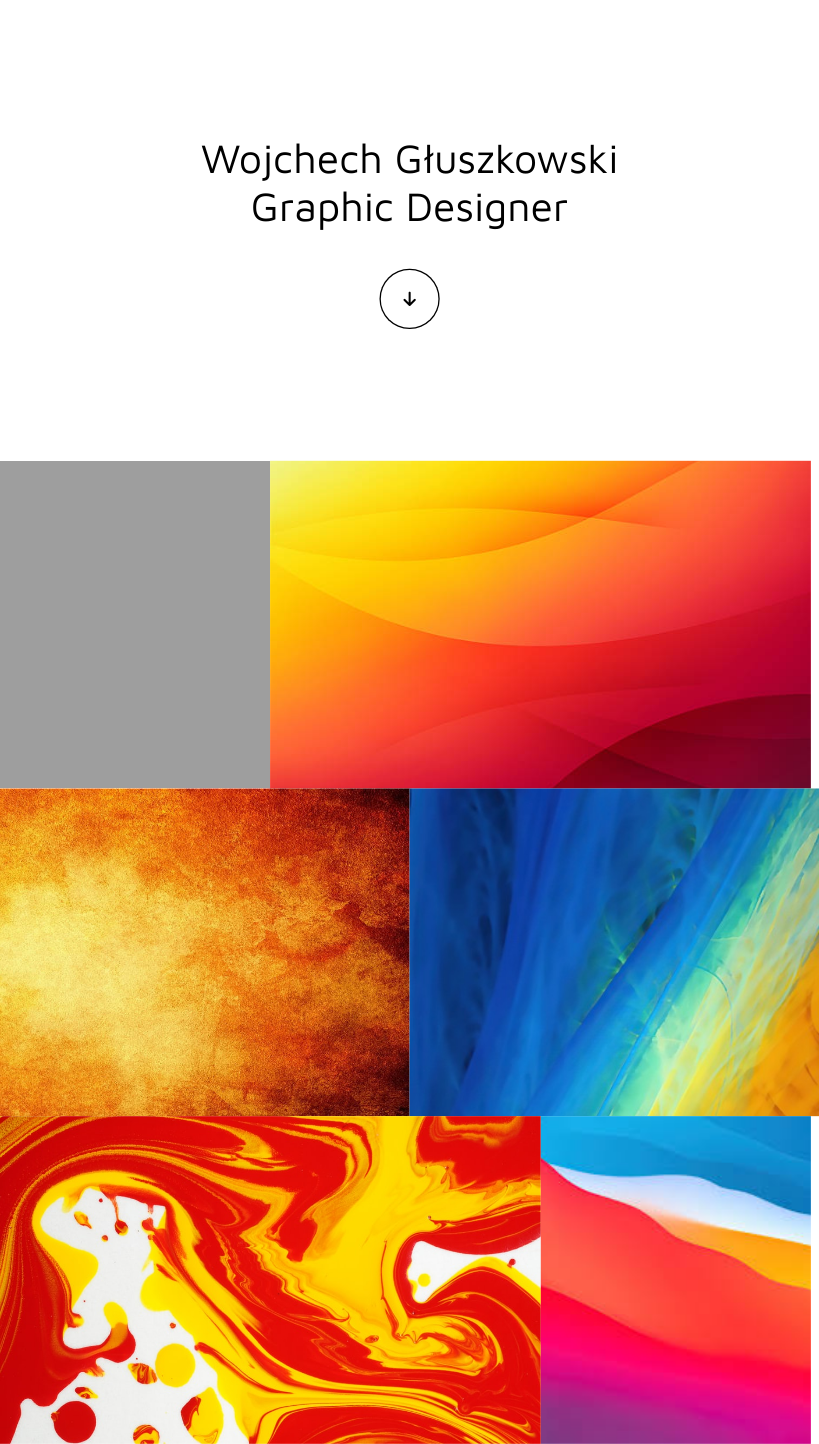
Repository: maciekto/WojciechGluszkowski-Porfolio
Page: /
These files come from the project's save history. The page is drawn as it stood at one moment and after the next save; the edit follows.
The browser window is 1280 px wide. The pictures show the whole page, at 64% of full size.
Pictures or frames that could not be fetched are drawn as grey boxes. Some web libraries are served in a nearby version. The project was rebuilt for these pictures with package versions that can differ from the ones it lists, and the page was loaded fresh each time.

Above is the page before, as saved 2022-06-07 14:59:01.

### public/index.html
<!DOCTYPE html>
<html lang="en">
  <head>
    <meta charset="utf-8" />
    <link rel="icon" href="%PUBLIC_URL%/favicon.ico" />
    <meta name="viewport" content="width=device-width, initial-scale=1" />
    <meta name="theme-color" content="#000000" />
    <meta name="description" content="Web site created using create-react-app" />
    <link rel="apple-touch-icon" href="%PUBLIC_URL%/logo192.png" />
    <!--
      manifest.json provides metadata used when your web app is installed on a
      user's mobile device or desktop. See https://developers.google.com/web/fundamentals/web-app-manifest/
    -->
    <link rel="manifest" href="%PUBLIC_URL%/manifest.json" />
    <!--
      Notice the use of %PUBLIC_URL% in the tags above.
      It will be replaced with the URL of the `public` folder during the build.
      Only files inside the `public` folder can be referenced from the HTML.

      Unlike "/favicon.ico" or "favicon.ico", "%PUBLIC_URL%/favicon.ico" will
      work correctly both with client-side routing and a non-root public URL.
      Learn how to configure a non-root public URL by running `npm run build`.
    -->
    <title>React App</title>
    <script src="https://kit.fontawesome.com/47a55d3c51.js" crossorigin="anonymous"></script>
  </head>
  <body>
    <noscript>You need to enable JavaScript to run this app.</noscript>
    <div id="root"></div>
    <!--
      This HTML file is a template.
      If you open it directly in the browser, you will see an empty page.

      You can add webfonts, meta tags, or analytics to this file.
      The build step will place the bundled scripts into the <body> tag.

      To begin the development, run `npm start` or `yarn start`.
      To create a production bundle, use `npm run build` or `yarn build`.
    -->
  </body>
</html>

### src/App.js
import React, { useState } from 'react';
import './App.scss';

function App() {

  let [HeaderClickedClass, setHeaderClickedClass] = useState()

  const Main = () => {
    setHeaderClickedClass(HeaderClickedClass = 'App-Header-Clicked')
    console.log(HeaderClickedClass)
  }


  return (
    <div className="App">
      <header className={`App-Header ${HeaderClickedClass}`}>
        Wojchech Głuszkowski<br />
        Graphic Designer
        <div className="App-Button" onClick={Main}>
          <i className="fa-solid fa-arrow-down App-Button-Arrow"></i>
        </div>

      </header>
      <main className='App-Main'>
        <div className='App-Main-Item App-Main-Item1'>

        </div>
        <div className='App-Main-Item App-Main-Item2'>

        </div>
        <div className='App-Main-Item App-Main-Item3'>

        </div>
        <div className='App-Main-Item App-Main-Item4'>

        </div>
        <div className='App-Main-Item App-Main-Item5'>

        </div>
        <div className='App-Main-Item App-Main-Item6'>

        </div>
      </main>
    </div>
  );
}

export default App;

### src/serviceWorkerRegistration.js
// This optional code is used to register a service worker.
// register() is not called by default.

// This lets the app load faster on subsequent visits in production, and gives
// it offline capabilities. However, it also means that developers (and users)
// will only see deployed updates on subsequent visits to a page, after all the
// existing tabs open on the page have been closed, since previously cached
// resources are updated in the background.

// To learn more about the benefits of this model and instructions on how to
// opt-in, read https://cra.link/PWA

const isLocalhost = Boolean(
  window.location.hostname === 'localhost' ||
    // [::1] is the IPv6 localhost address.
    window.location.hostname === '[::1]' ||
    // 127.0.0.0/8 are considered localhost for IPv4.
    window.location.hostname.match(/^127(?:\.(?:25[0-5]|2[0-4][0-9]|[01]?[0-9][0-9]?)){3}$/)
);

export function register(config) {
  if (process.env.NODE_ENV === 'production' && 'serviceWorker' in navigator) {
    // The URL constructor is available in all browsers that support SW.
    const publicUrl = new URL(process.env.PUBLIC_URL, window.location.href);
    if (publicUrl.origin !== window.location.origin) {
      // Our service worker won't work if PUBLIC_URL is on a different origin
      // from what our page is served on. This might happen if a CDN is used to
      // serve assets; see https://github.com/facebook/create-react-app/issues/2374
      return;
    }

    window.addEventListener('load', () => {
      const swUrl = `${process.env.PUBLIC_URL}/service-worker.js`;

      if (isLocalhost) {
        // This is running on localhost. Let's check if a service worker still exists or not.
        checkValidServiceWorker(swUrl, config);

        // Add some additional logging to localhost, pointing developers to the
        // service worker/PWA documentation.
        navigator.serviceWorker.ready.then(() => {
          console.log(
            'This web app is being served cache-first by a service ' +
              'worker. To learn more, visit https://cra.link/PWA'
          );
        });
      } else {
        // Is not localhost. Just register service worker
        registerValidSW(swUrl, config);
      }
    });
  }
}

function registerValidSW(swUrl, config) {
  navigator.serviceWorker
    .register(swUrl)
    .then((registration) => {
      registration.onupdatefound = () => {
        const installingWorker = registration.installing;
        if (installingWorker == null) {
          return;
        }
        installingWorker.onstatechange = () => {
          if (installingWorker.state === 'installed') {
            if (navigator.serviceWorker.controller) {
              // At this point, the updated precached content has been fetched,
              // but the previous service worker will still serve the older
              // content until all client tabs are closed.
              console.log(
                'New content is available and will be used when all ' +
                  'tabs for this page are closed. See https://cra.link/PWA.'
              );

              // Execute callback
              if (config && config.onUpdate) {
                config.onUpdate(registration);
              }
            } else {
              // At this point, everything has been precached.
              // It's the perfect time to display a
              // "Content is cached for offline use." message.
              console.log('Content is cached for offline use.');

              // Execute callback
              if (config && config.onSuccess) {
                config.onSuccess(registration);
              }
            }
          }
        };
      };
    })
    .catch((error) => {
      console.error('Error during service worker registration:', error);
    });
}

function checkValidServiceWorker(swUrl, config) {
  // Check if the service worker can be found. If it can't reload the page.
  fetch(swUrl, {
    headers: { 'Service-Worker': 'script' },
  })
    .then((response) => {
      // Ensure service worker exists, and that we really are getting a JS file.
      const contentType = response.headers.get('content-type');
      if (
        response.status === 404 ||
        (contentType != null && contentType.indexOf('javascript') === -1)
      ) {
        // No service worker found. Probably a different app. Reload the page.
        navigator.serviceWorker.ready.then((registration) => {
          registration.unregister().then(() => {
            window.location.reload();
          });
        });
      } else {
        // Service worker found. Proceed as normal.
        registerValidSW(swUrl, config);
      }
    })
    .catch(() => {
      console.log('No internet connection found. App is running in offline mode.');
    });
}

export function unregister() {
  if ('serviceWorker' in navigator) {
    navigator.serviceWorker.ready
      .then((registration) => {
        registration.unregister();
      })
      .catch((error) => {
        console.error(error.message);
      });
  }
}

### src/App.scss
@import url('https://fonts.googleapis.com/css2?family=Kumbh+Sans&family=Maven+Pro:wght@400;500;600;700&family=Plus+Jakarta+Sans:wght@300;400;500;600;700;800&display=swap');

* {
    box-sizing: border-box;
}

.App {
    width: 100vw;
    height: auto;
    font-family: 'Maven Pro', sans-serif;
    &-Header {
        width: 100%;
        height: 100vh;
        display: flex;
        align-items: center;
        justify-content: center;
        text-align: center;
        flex-direction: column;
        font-size: 5vw;
        &-Clicked {
            transition: 1s;
            height: 0vh;
            font-size: 0vw;
            transform: translateY(-20vw);
        }
    }
    &-Button {
        transition: box-shadow 0.4s;
        margin-top: 5vw;
        width: 7vw;
        height: 7vw;
        box-shadow: 0px 0px 1px 2px black;
        display: grid;
        place-items: center;
        border-radius: 50%;
        cursor: pointer;
        &-Arrow {
            transition: 0.4s;
            font-size: 2vw;
            // animation: alarm 1s alternate infinite;
            &:hover {
                transition: 0.4s;
                font-size: 5vw;
            }
        }
        &:hover {
            transition: box-shadow 0.4s;
            border: 0px solid black;
            box-shadow: 0px 0px 0px 0px black;
        }
    }
    &-Main {
        width: 100vw;
        height: auto;
        display: flex;
        flex-wrap: wrap;
        &-Item {
            transition: 0.4s;
            min-width: 25%;
            min-height: 40vw;
            // border: 2px solid white;
            cursor: pointer;
            &:hover {
                transition: 0.4s;
                box-shadow: inset 0 0 1px 10px white;
            }
        }
        &-Item1 {
            width: 33vw;
            background: url('assets/1.jpeg') center center no-repeat;
            background-size: cover;
        }
        &-Item2 {
            width: 66vw;
            background: url('assets/2.jpeg') center center no-repeat;
            background-size: cover;
        }
        &-Item3 {
            width: 50vw;
            background: url('assets/3.jpeg') center center no-repeat;
            background-size: cover;
        }
        &-Item4 {
            width: 50vw;
            background: url('assets/4.jpeg') center center no-repeat;
            background-size: cover;
        }
        &-Item5 {
            width: 66vw;
            background: url('assets/5.jpeg') center center no-repeat;
            background-size: cover;
        }
        &-Item6 {
            width: 33vw;
            background: url('assets/6.jpeg') center center no-repeat;
            background-size: cover;
        }
    }
}



@keyframes alarm {
    from {
        opacity: 0.2;
    } to {
        opacity: 1;
    }
}

Loaded but not shown: src/index.js (common file); src/index.css (common file); src/reportWebVitals.js (common file)

After the next save:
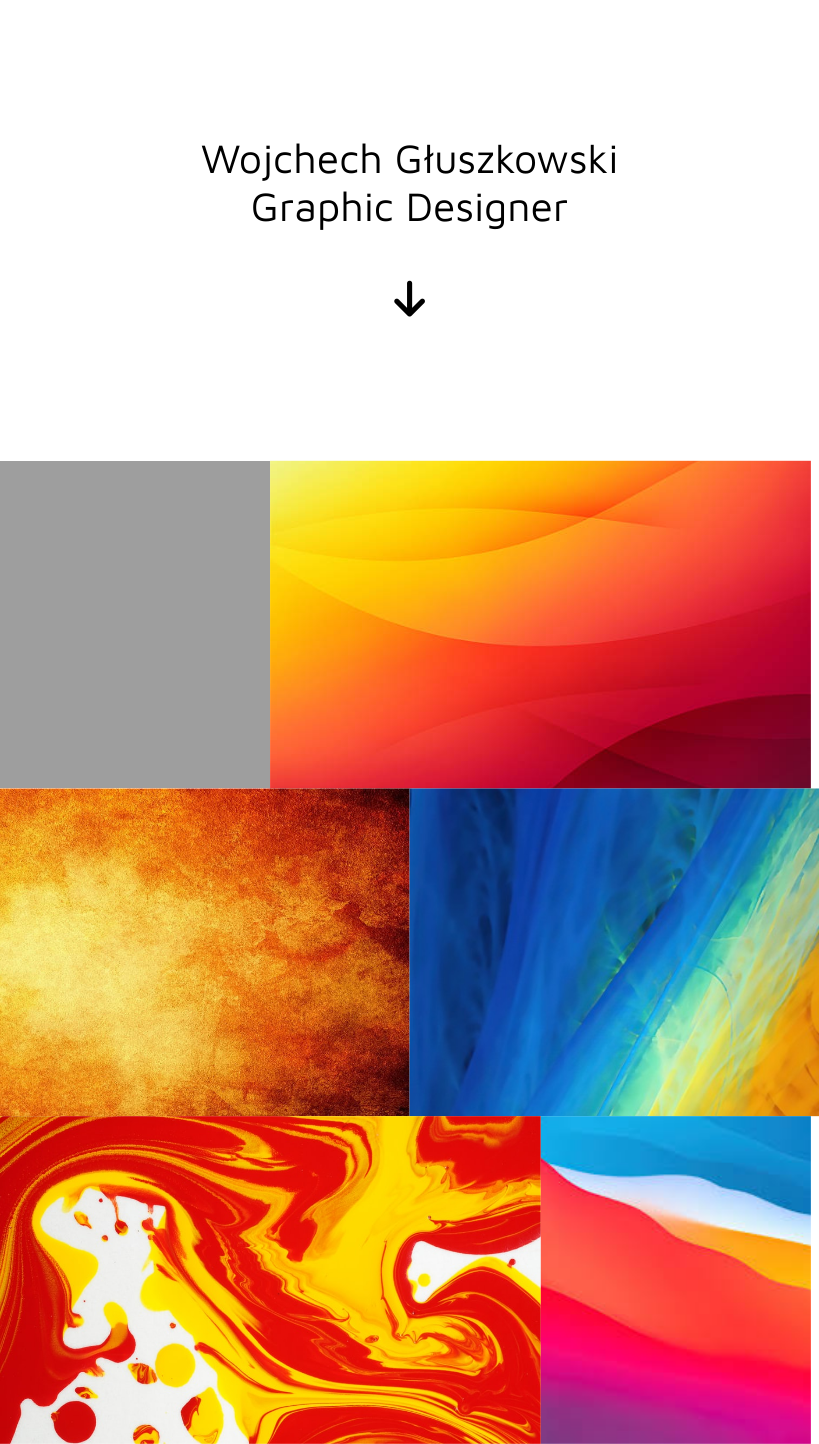
Saved 46 s later.
--- a/src/App.scss
+++ b/src/App.scss
@@ -29,24 +29,26 @@
         margin-top: 5vw;
         width: 7vw;
         height: 7vw;
-        box-shadow: 0px 0px 1px 2px black;
+        box-shadow: 0px 0px 0px 0px black;
         display: grid;
         place-items: center;
         border-radius: 50%;
         cursor: pointer;
         &-Arrow {
             transition: 0.4s;
-            font-size: 2vw;
+                font-size: 5vw;
+
             // animation: alarm 1s alternate infinite;
             &:hover {
                 transition: 0.4s;
-                font-size: 5vw;
+            font-size: 2vw;
             }
         }
         &:hover {
             transition: box-shadow 0.4s;
             border: 0px solid black;
-            box-shadow: 0px 0px 0px 0px black;
+            box-shadow: 0px 0px 1px 2px black;
+
         }
     }
     &-Main {
